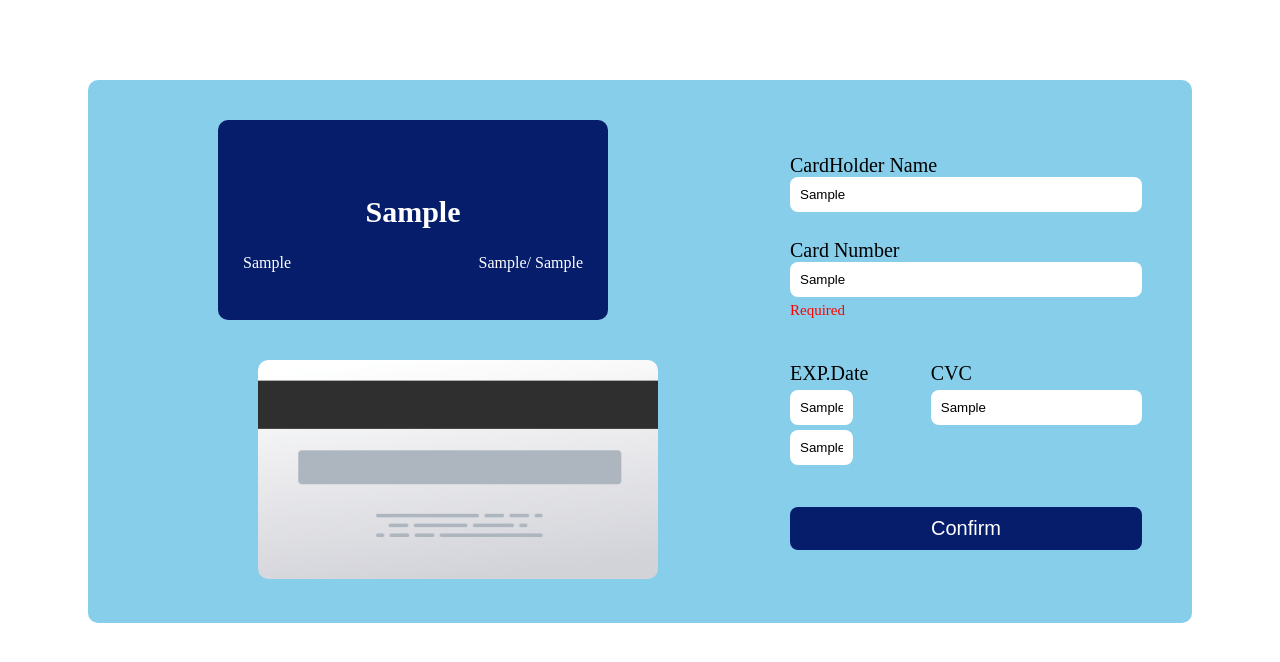
Repository: moehaymanmyint/Interactive-Card-Details-Form
Page: index.html
These files come from the project's save history. The page is drawn as it stood at one moment and after the next save; the edit follows.
The browser window is 1280 px wide. The pictures show the whole page.
Empty fields were first filled with sample values (such as "Sample", 5 or name@example.com).
After loading, the first visible `input.confirm-btn` was clicked once.

Above is the page before, as saved 2024-10-18 11:55:50.

After the next save:
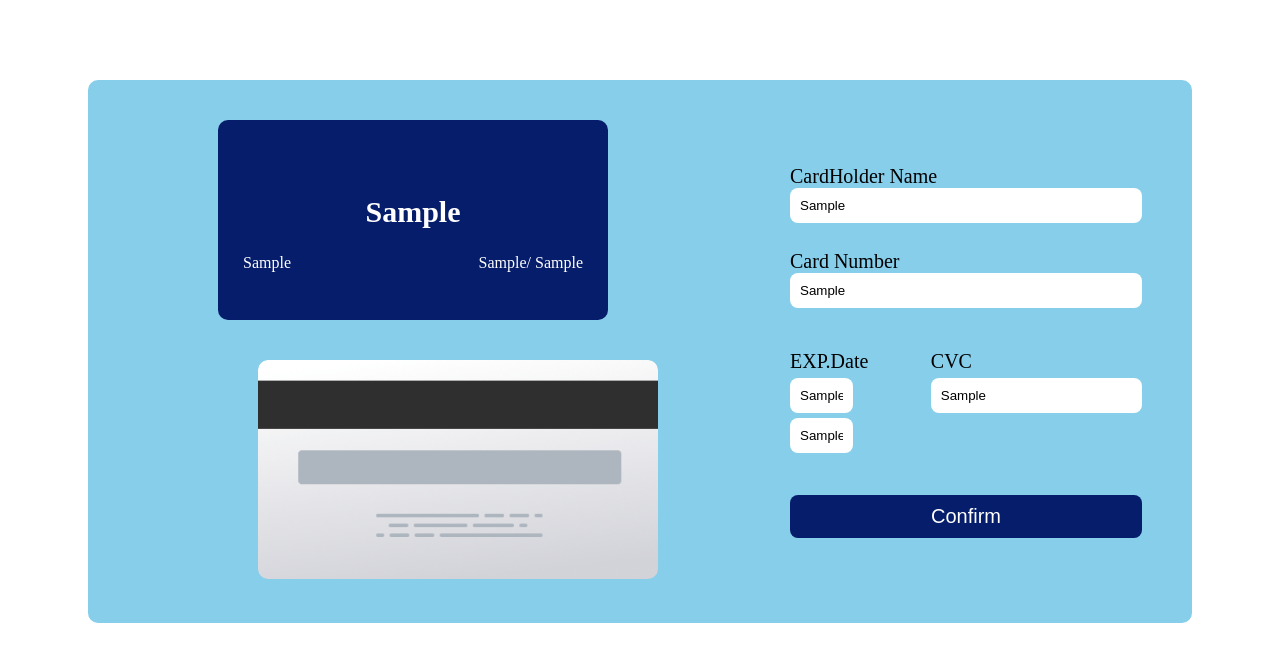
Saved 49 s later.
--- a/app.js
+++ b/app.js
@@ -21,7 +21,7 @@ function getData(event){
         nameError.style.display = "none"
     }
 
-    if(number.value === "" || isNaN(Number(number.value))){
+    if(number.value === "" || !isNaN(Number(number.value))){
         numberError.style.display = "inline";
     }else{
         cardNumber.innerHTML = name.value;
